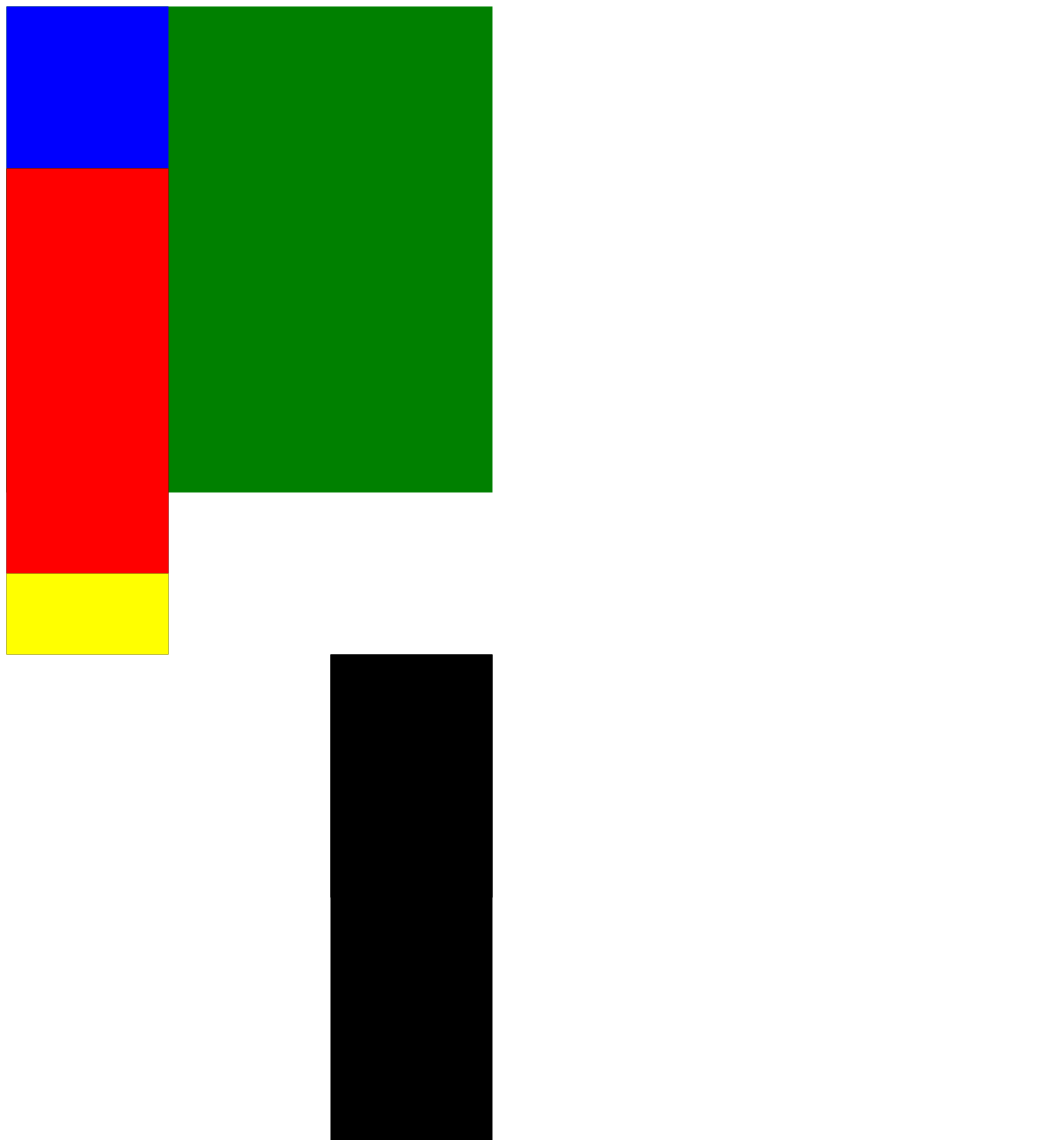
Repository: Seokho96/CSSPractice
Page: css/work01/WebContent/index01.html
These files come from the project's save history. The page is drawn as it stood at one moment and after the next save; the edit follows.
The browser window is 1280 px wide. The pictures show the whole page, at 81% of full size.

Above is the page before, as saved 2020-07-13 05:52:26.

After the next save:
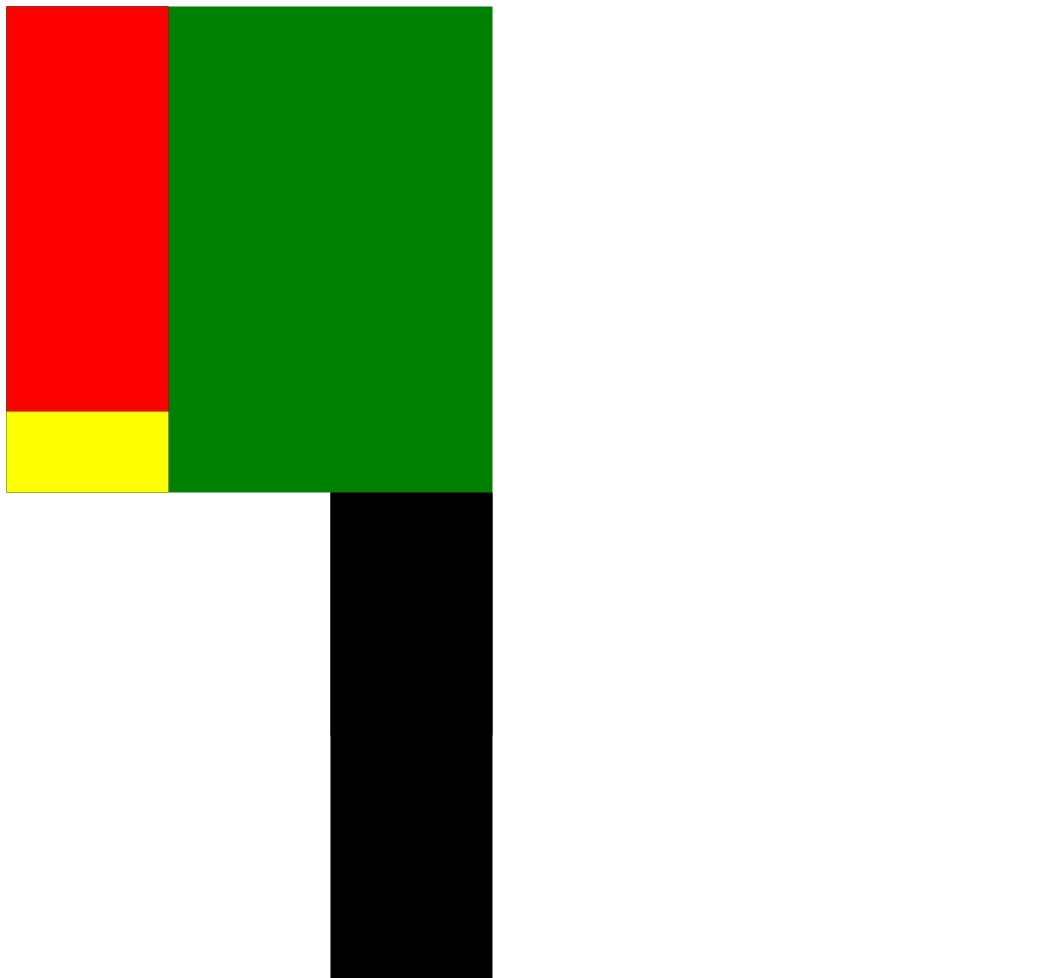
Saved 14 s later.
--- a/css/work01/WebContent/index01.html
+++ b/css/work01/WebContent/index01.html
@@ -11,12 +11,12 @@
    height: 600px;
    background-color: green;
 }
-#halfdown{
+/* #halfdown{
   width: 200px;
   height: 200px;
   background-color: blue;
 }
-
+ */
 #left{
    width: 200px;
    height: 600px;
